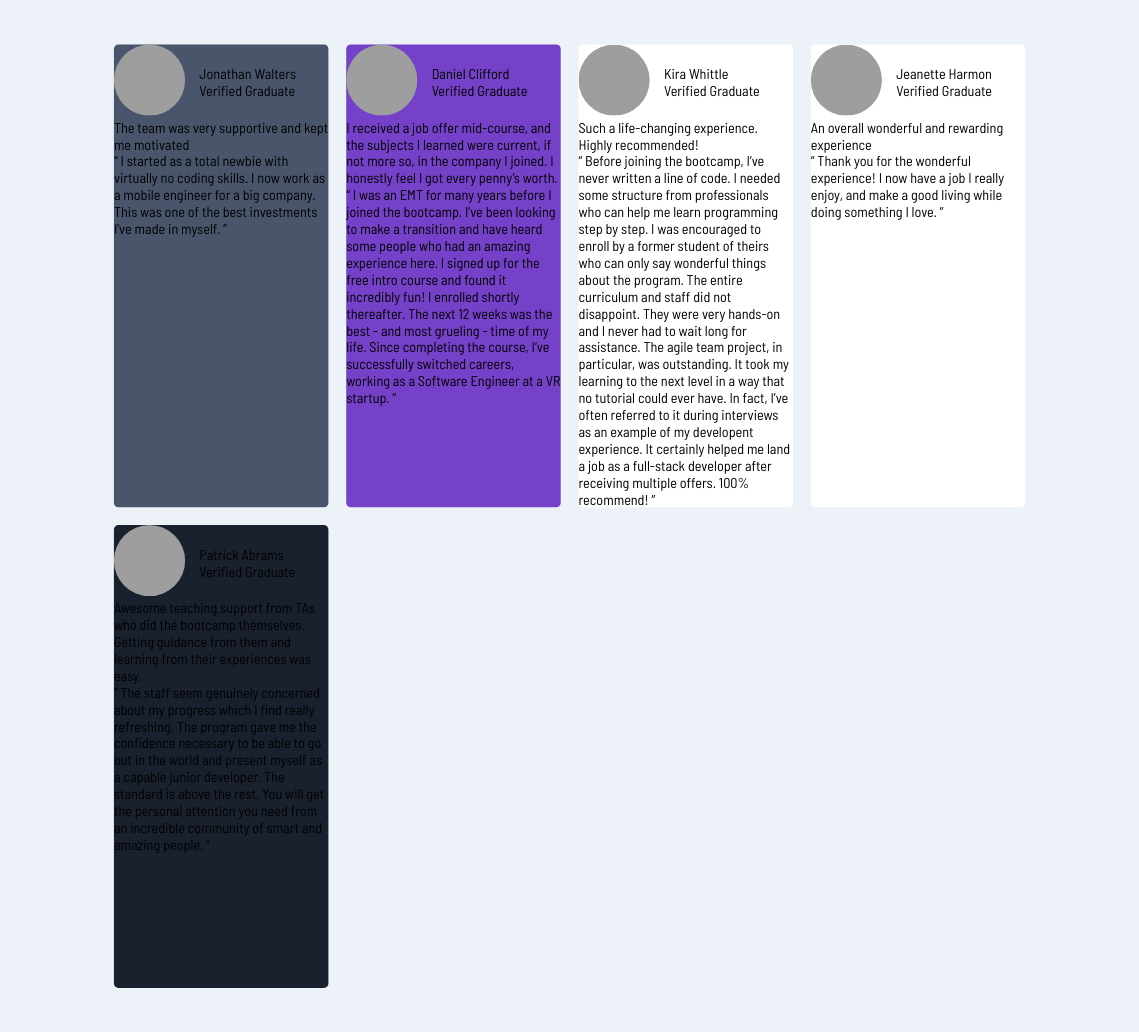
Repository: nptg3105/lab02-testimonials-grid
Page: index.html
These files come from the project's save history. The page is drawn as it stood at one moment and after the next save; the edit follows.
The browser window is 1280 px wide. The pictures show the whole page, at 89% of full size.
Pictures or frames that could not be fetched are drawn as grey boxes. The style sheet was rebuilt from its Sass, Less or Tailwind sources for each picture, by a compiler version that may differ from the author's.

Above is the page before, as saved 2021-12-08 05:33:25.

After the next save:
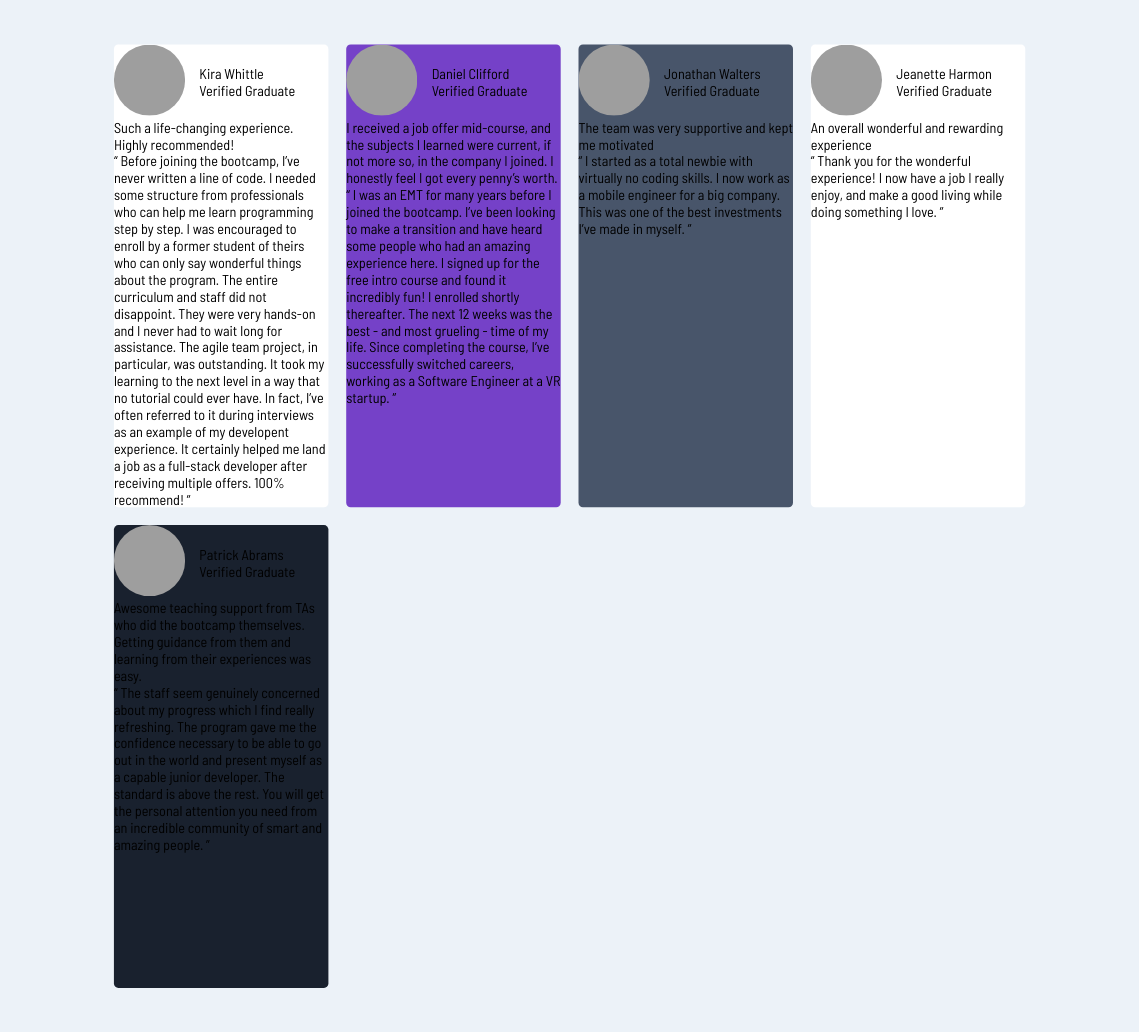
Saved 71 s later.
--- a/style.scss
+++ b/style.scss
@@ -41,6 +41,7 @@ body {
 
         &--grey {
             background-color: $grey-color;
+            grid-area: 1/3/2/4;
         }
 
         &--white {
